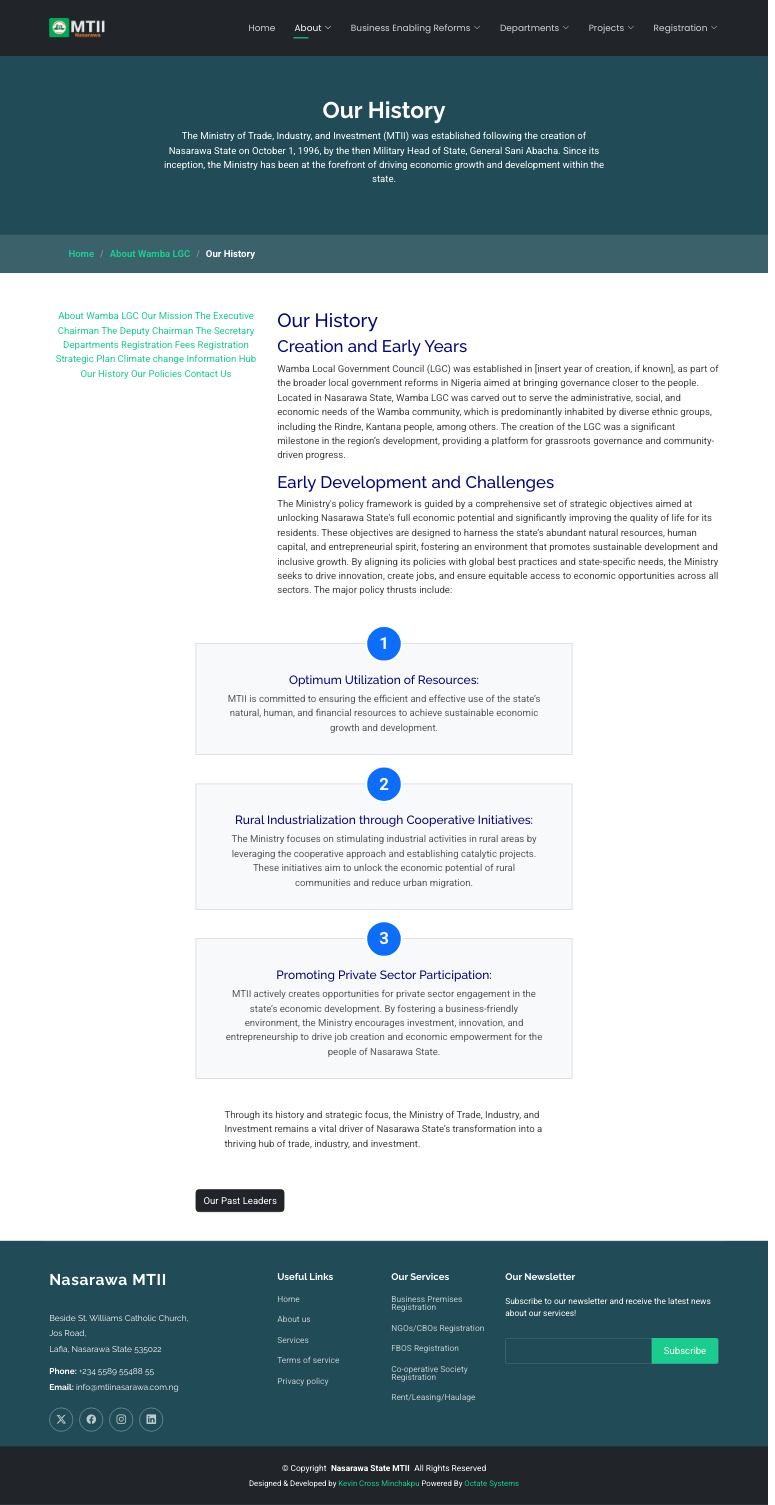
Repository: GlorifiedIntel/wamba-lgc
Page: wamba-history.html
The author's editor kept a copy of each file at every save. The page is drawn from the files as they stood at one save, then again after the next save.
The browser window is 1280 px wide. The page is 1292 px wide, so the pictures cover 1292 px, including what lies to the right of the window. The pictures show the whole page, at 60% of full size.

Above is the page before, as saved 2025-02-06 02:40:04.
Console error: TypeError: Cannot read properties of null (reading 'click')

### wamba-history.html
<!DOCTYPE html>
<html lang="en">

<head>
  <meta charset="utf-8">
  <meta http-equiv="X-UA-Compatible" content="IE=edge">
  <meta name="viewport" content="width=device-width, initial-scale=1.0">
  <meta name="format-detection" content="telephone=no">
  <meta name="apple-mobile-web-app-capable" content="yes">
  <meta name="author" content="Kevin Cross Minchakpu">
  <meta name="keywords" content="MTII, Nasarawa, Industry, Trade, Investment, Entrepreneur">
  <meta name="description" content="The Nasarawa State Ministry of Trade, Industry, and Investment promotes economic growth through trade, industrialization, and investment. It supports local industries, attracts investments, and fosters innovation to boost competitiveness and diversify the economy.">

  <!-- Favicons -->
  <link href="assets/img/favicon.png" rel="icon">
  <link href="assets/img/apple-touch-icon.png" rel="apple-touch-icon">

  <!-- Fonts -->
  <link href="https://fonts.googleapis.com" rel="preconnect">
  <link href="https://fonts.gstatic.com" rel="preconnect" crossorigin>
  <link href="https://fonts.googleapis.com/css2?family=Roboto:ital,wght@0,100;0,300;0,400;0,500;0,700;0,900;1,100;1,300;1,400;1,500;1,700;1,900&family=Poppins:ital,wght@0,100;0,200;0,300;0,400;0,500;0,600;0,700;0,800;0,900;1,100;1,200;1,300;1,400;1,500;1,600;1,700;1,800;1,900&family=Raleway:ital,wght@0,100;0,200;0,300;0,400;0,500;0,600;0,700;0,800;0,900;1,100;1,200;1,300;1,400;1,500;1,600;1,700;1,800;1,900&display=swap" rel="stylesheet">

  <!-- Vendor CSS Files -->
  <link href="assets/vendor/bootstrap/css/bootstrap.min.css" rel="stylesheet">
  <link href="assets/vendor/bootstrap-icons/bootstrap-icons.css" rel="stylesheet">
  <link href="assets/vendor/aos/aos.css" rel="stylesheet">
  <link href="assets/vendor/glightbox/css/glightbox.min.css" rel="stylesheet">
  <link href="assets/vendor/swiper/swiper-bundle.min.css" rel="stylesheet">

  <!-- Main CSS File -->
  <link href="assets/css/main.css" rel="stylesheet">
</head>

<body class="index-page">
  <header id="header" class="header d-flex align-items-center fixed-top bg-dark">
    <div class="container-fluid container-xl position-relative d-flex align-items-center justify-content-between">
      <a href="index.html" class="logo d-flex align-items-center">
        <img src="assets/img/logo.png" alt="" >
      </a>
      <nav id="navmenu" class="navmenu">
        <ul>
          <li><a href="index.html">Home</a></li>
          <li class="dropdown"><a href="about-mtii.html" class="active"><span>About</span> <i class="bi bi-chevron-down toggle-dropdown"></i></a>
            <ul>
              <li><a href="about-mtii.html">Nasarawa MTII</a></li>
                  <li><a href="mtii-history.html">MTII History</a></li>
                  <li><a href="the-commissioner.html" >The Commissioner</a></li>
                  <li><a href="the-secretary.html" >The Permanent Secretary</a></li>
                  <li><a href="directors.html" >Our Directors</a></li>
                  <li><a href="contact-us.html" >Our Contact</a></li>
            </ul>
          </li>

          <li class="dropdown"><a href="business-reforms.html"><span>Business Enabling Reforms</span> <i class="bi bi-chevron-down toggle-dropdown"></i></a>
            <ul>
              <li><a href="business-plans.html">Business Enabling Action Plan</a></li>
                  <li><a href="grievance.html">Grievance Redress Mechanism</a></li>
                  <li><a href="application-guidelines.html" >Application Guidelines</a></li>
                  <li><a href="legal-framework.html" >Legal Framework</a></li>
                  <li><a href="investment-opportunities.html" >Investment Opportunities</a></li>
            </ul>
          </li>

          <li class="dropdown"><a href="departments.html"><span>Departments</span> <i class="bi bi-chevron-down toggle-dropdown"></i></a>
            <ul>
              <li><a href="admin.html">Administration & Supply</a></li>
              <li><a href="cooperative.html">Cooperative & Thrift</a></li>
              <li><a href="finance.html">Finance & Account</a></li>
              <li><a href="investment.html">Industry & Investment</a></li>
              <li><a href="planning.html">Planning/Research/Statistics</a></li>
              <li><a href="trade.html">Trade</a></li>
            </ul>
          </li>

          <li class="dropdown"><a href="projects.html"><span>Projects</span> <i class="bi bi-chevron-down toggle-dropdown"></i></a>
            <ul>
              <li><a href="completed.html">Completed Projects</a></li>
                  <li><a href="ongoing.html">Ongoing Projects</a></li>
                  <li><a href="proposed.html" >Proposed Projects</a></li>
            </ul>
          </li>

          <li class="dropdown"><a href="registration.html"><span>Registration</span> <i class="bi bi-chevron-down toggle-dropdown"></i></a>
            <ul>
              <li><a href="howtoregister.html">How To Register</a></li>
                  <li><a href="online-registration.html">Online Registration</a></li>
                  <li><a href="businame-name.html" >Business Name Registration</a></li>
                  <li><a href="business-premises.html" >Business Premises Registration</a></li>
                  <li><a href="faqs.html" >FAQs</a></li>
            </ul>
          </li>
        </ul>
        <i class="mobile-nav-toggle d-xl-none bi bi-list"></i>
      </nav>

    </div>
  </header>

  <main class="main">

    <!-- Page Title -->
    <div class="page-title dark-background" data-aos="fade">
      <div class="heading">
        <div class="container">
          <div class="row d-flex justify-content-center text-center">
            <div class="col-lg-8">
              <h1>Our History</h1>
              <p class="mb-0">The Ministry of Trade, Industry, and Investment (MTII) was established following the creation of Nasarawa State on October 1, 1996, by the then Military Head of State, General Sani Abacha. Since its inception, the Ministry has been at the forefront of driving economic growth and development within the state.</p>
            </div>
          </div>
        </div>
      </div>
      <nav class="breadcrumbs">
        <div class="container">
          <ol>
            <li><a href="index.html">Home</a></li>
            <li><a href="about-mtii.html">About Wamba LGC</a></li>
            <li class="current">Our History</li>
          </ol>
        </div>
      </nav>
    </div><!-- End Page Title -->
    <section id="starter-section" class="starter-section section">
      <div class="container text-center">
        <div class="row justify-content-start">
          <div class="col-md-4 left-column">
            <div class="mtii-vertical-menu">
              <a href="about-mtii.html" class="active">About Wamba LGC</a>
              <a href="about-mtii.html">Our Mission</a>
              <a href="the-commissioner.html">The Executive Chairman</a>
              <a href="the-deputy.html">The Deputy Chairman</a>
              <a href="the-secretary.html">The Secretary</a>
              <a href="departments.html">Departments</a>
              <a href="registration-fee.html">Registration Fees</a>
              <a href="online-registration.html">Registration</a>
              <a href="strategic-plans.html">Strategic Plan</a>
              <a href="climate-change.html">Climate change Information Hub</a>
              <a href="our-history.html">Our History</a>
              <a href="our-policies.html">Our Policies</a>
              <a href="contact-us.html">Contact Us</a>
            </div>
          </div>
          <div class="col-md-8 right-column text-start">
            <h2>Our History</h2>
            <h3>Creation and Early Years</h3>
            <p>Wamba Local Government Council (LGC) was established in [insert year of creation, if known], as part of the broader local government reforms in Nigeria aimed at bringing governance closer to the people. Located in Nasarawa State, Wamba LGC was carved out to serve the administrative, social, and economic needs of the Wamba community, which is predominantly inhabited by diverse ethnic groups, including the Rindre, Kantana people, among others. The creation of the LGC was a significant milestone in the region’s development, providing a platform for grassroots governance and community-driven progress.            </p>
          <h3>Early Development and Challenges</h3>
          <p>The Ministry's policy framework is guided by a comprehensive set of strategic objectives aimed at unlocking Nasarawa State's full economic potential and significantly improving the quality of life for its residents. These objectives are designed to harness the state’s abundant natural resources, human capital, and entrepreneurial spirit, fostering an environment that promotes sustainable development and inclusive growth. By aligning its policies with global best practices and state-specific needs, the Ministry seeks to drive innovation, create jobs, and ensure equitable access to economic opportunities across all sectors. The major policy thrusts include:</p>
          </div>
        </div>
    </section><!-- /Starter Section Section -->
    <div class="row justify-content-center">
			<div class="col-md-6">
				<!-- Step -->
				<div class="card rounded-0 text-center p-3 bg-light px-5 mb-5">
					<div class="d-flex rounded-circle mx-auto align-items-center justify-content-center text-white fs-3 fw-bold bg-primary border border-white border-4" style="width: 4rem; height:4rem; margin-top: -3rem;">
						1
					</div>
					<h5 class="mt-3">Optimum Utilization of Resources:</h5>
					<p class="text-muted">MTII is committed to ensuring the efficient and effective use of the state’s natural, human, and financial resources to achieve sustainable economic growth and development.</p>
				</div>
				<!-- Step -->
				<div class="card rounded-0 text-center p-3 bg-light px-5 mb-5">
					<div class="d-flex rounded-circle mx-auto align-items-center justify-content-center text-white fs-3 fw-bold bg-primary border border-white border-4" style="width: 4rem; height:4rem; margin-top: -3rem;">
						2
					</div>
					<h5 class="mt-3">Rural Industrialization through Cooperative Initiatives:</h5>
					<p class="text-muted">The Ministry focuses on stimulating industrial activities in rural areas by leveraging the cooperative approach and establishing catalytic projects. These initiatives aim to unlock the economic potential of rural communities and reduce urban migration.</p>
				</div>
				<!-- Step -->
				<div class="card rounded-0 text-center p-3 bg-light px-5 mb-5">
					<div class="d-flex rounded-circle mx-auto align-items-center justify-content-center text-white fs-3 fw-bold bg-primary border border-white border-4" style="width: 4rem; height:4rem; margin-top: -3rem;">
						3
					</div>
					<h5 class="mt-3">Promoting Private Sector Participation:</h5>
					<p class="text-muted">MTII actively creates opportunities for private sector engagement in the state’s economic development. By fostering a business-friendly environment, the Ministry encourages investment, innovation, and entrepreneurship to drive job creation and economic empowerment for the people of Nasarawa State.</p>
				</div>
        <p class="mx-5">Through its history and strategic focus, the Ministry of Trade, Industry, and Investment remains a vital driver of Nasarawa State’s transformation into a thriving hub of trade, industry, and investment.</p>
        <a class="btn btn-dark my-5 align-items-center" href="#" role="button">Our Past Leaders</a>
      </div>
      <div >
     </div>
		</div>
	</div>
    </main>
  <!--Main End-->

<!--Footer Start-->
<footer id="footer" class="footer dark-background">

  <div class="container footer-top">
    <div class="row gy-4">
      <div class="col-lg-4 col-md-6 footer-about">
        <a href="index.html" class="logo d-flex align-items-center">
          <span class="sitename">Nasarawa MTII</span>
        </a>
        <div class="footer-contact pt-3">
          <p>Beside St. Williams Catholic Church,</p>
          <p>Jos Road,</p>
          <p>Lafia, Nasarawa State 535022</p>
          <p class="mt-3"><strong>Phone:</strong> <span>+234 5589 55488 55</span></p>
          <p><strong>Email:</strong> <span>info@mtiinasarawa.com.ng</span></p>
        </div>
        <div class="social-links d-flex mt-4">
          <a href=""><i class="bi bi-twitter-x"></i></a>
          <a href=""><i class="bi bi-facebook"></i></a>
          <a href=""><i class="bi bi-instagram"></i></a>
          <a href=""><i class="bi bi-linkedin"></i></a>
        </div>
      </div>

      <div class="col-lg-2 col-md-3 footer-links">
        <h4>Useful Links</h4>
        <ul>
          <li><a href="index.html">Home</a></li>
          <li><a href="about-mtii.html">About us</a></li>
          <li><a href="services.html">Services</a></li>
          <li><a href="terms-of-use.html">Terms of service</a></li>
          <li><a href="privacy-policy.html">Privacy policy</a></li>
        </ul>
      </div>

      <div class="col-lg-2 col-md-3 footer-links">
        <h4>Our Services</h4>
        <ul>
          <li><a href="business-premises.html">Business Premises Registration</a></li>
          <li><a href="ngo-cbo-registration.html">NGOs/CBOs Registration</a></li>
          <li><a href="fbo-registration.html">FBOS Registration</a></li>
          <li><a href="cooperative-registration.html">Co-operative Society Registration</a></li>
          <li><a href="rent.html">Rent/Leasing/Haulage</a></li>
        </ul>
      </div>

      <div class="col-lg-4 col-md-12 footer-newsletter">
        <h4>Our Newsletter</h4>
        <p>Subscribe to our newsletter and receive the latest news about our services!</p>
        <form action="forms/newsletter.php" method="post" class="php-email-form">
          <div class="newsletter-form"><input type="email" name="email"><input type="submit" value="Subscribe"></div>
          <div class="loading">Loading</div>
          <div class="error-message"></div>
          <div class="sent-message">Your subscription request has been sent. Thank you!</div>
        </form>
      </div>

    </div>
  </div>

  <div class="container-fluid copyright text-center mt-4 bg-dark">
    <p>© <span>Copyright</span> <strong class="px-1 sitename">Nasarawa State MTII</strong> <span>All Rights Reserved</span></p>
    <div class="credits">
      Designed & Developed by <a href="https://kevinomics.com/">Kevin Cross Minchakpu</a> Powered By <a href="https://octatesystems.com">Octate Systems</a>
    </div>
  </div>

</footer>

<!-- Scroll Top -->

<button id="scroll-top" class="scroll-top d-flex bg-dark align-items-center justify-content-center"><i class="bi bi-arrow-up-short"></i></button>
<!-- Preloader -->
<div id="preloader"></div>

<!-- Vendor JS Files -->
<script src="assets/vendor/bootstrap/js/bootstrap.bundle.min.js"></script>
<script src="assets/vendor/php-email-form/validate.js"></script>
<script src="assets/vendor/aos/aos.js"></script>
<script src="assets/vendor/glightbox/js/glightbox.min.js"></script>
<script src="assets/vendor/purecounter/purecounter_vanilla.js"></script>
<script src="assets/vendor/swiper/swiper-bundle.min.js"></script>

<!-- Main JS File -->
<script src="assets/js/main.js"></script>
<script src="assets/js/reforms.js"></script>

</body>

</html>

Loaded but not shown: assets/vendor/bootstrap/css/bootstrap.min.css (library); assets/vendor/bootstrap-icons/bootstrap-icons.css (library); assets/vendor/aos/aos.css (library); assets/vendor/glightbox/css/glightbox.min.css (library); assets/vendor/swiper/swiper-bundle.min.css (library); assets/vendor/bootstrap/js/bootstrap.bundle.min.js (library); assets/vendor/php-email-form/validate.js (common file); assets/vendor/aos/aos.js (library); assets/vendor/glightbox/js/glightbox.min.js (library); assets/vendor/purecounter/purecounter_vanilla.js (library); assets/vendor/swiper/swiper-bundle.min.js (library); assets/js/main.js (181 lines, source omitted); assets/js/reforms.js (43 lines, source omitted); assets/css/main.css (1741 lines, source omitted)

After the next save:
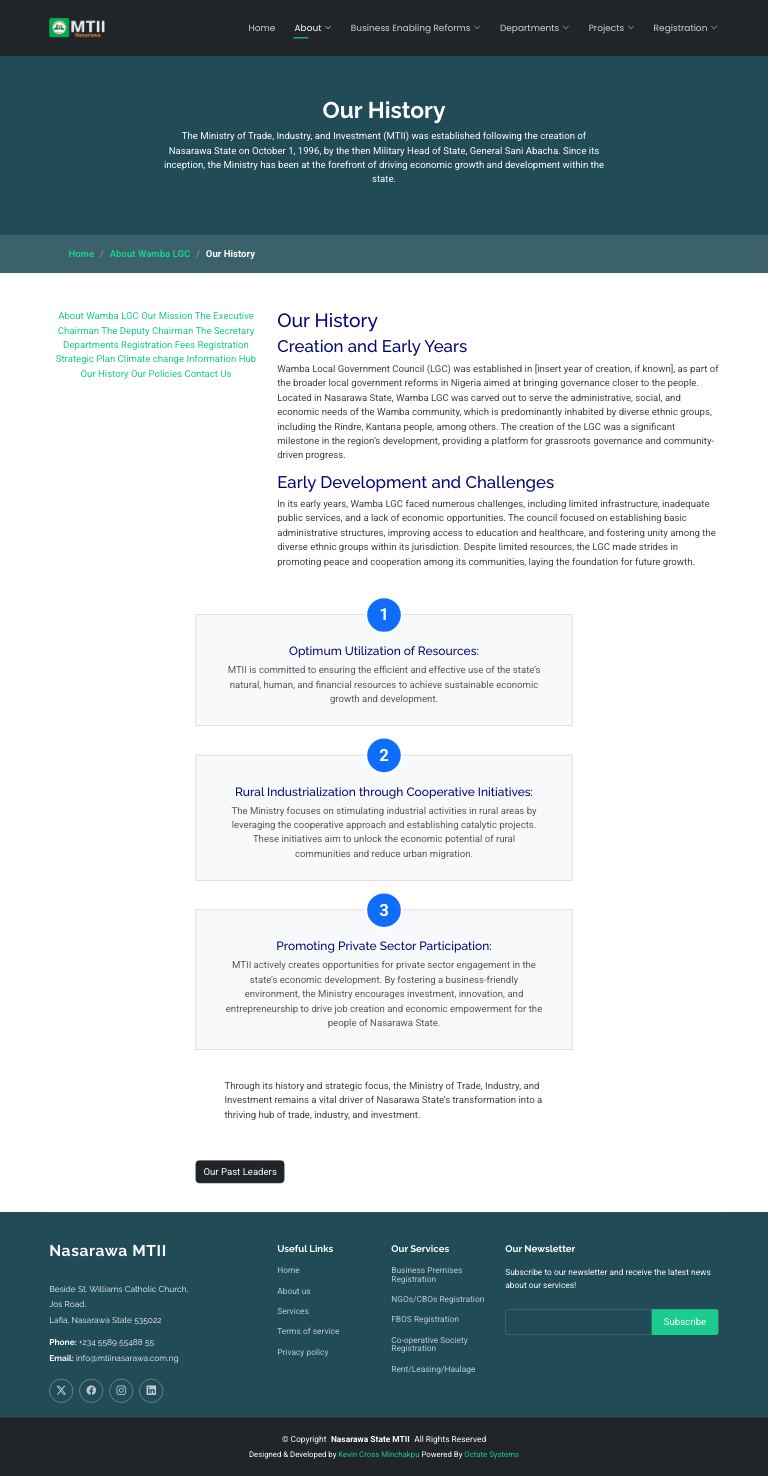
Saved 48 s later.
--- a/wamba-history.html
+++ b/wamba-history.html
@@ -145,7 +145,8 @@
             <h3>Creation and Early Years</h3>
             <p>Wamba Local Government Council (LGC) was established in [insert year of creation, if known], as part of the broader local government reforms in Nigeria aimed at bringing governance closer to the people. Located in Nasarawa State, Wamba LGC was carved out to serve the administrative, social, and economic needs of the Wamba community, which is predominantly inhabited by diverse ethnic groups, including the Rindre, Kantana people, among others. The creation of the LGC was a significant milestone in the region’s development, providing a platform for grassroots governance and community-driven progress.            </p>
           <h3>Early Development and Challenges</h3>
-          <p>The Ministry's policy framework is guided by a comprehensive set of strategic objectives aimed at unlocking Nasarawa State's full economic potential and significantly improving the quality of life for its residents. These objectives are designed to harness the state’s abundant natural resources, human capital, and entrepreneurial spirit, fostering an environment that promotes sustainable development and inclusive growth. By aligning its policies with global best practices and state-specific needs, the Ministry seeks to drive innovation, create jobs, and ensure equitable access to economic opportunities across all sectors. The major policy thrusts include:</p>
+          <p>In its early years, Wamba LGC faced numerous challenges, including limited infrastructure, inadequate public services, and a lack of economic opportunities. The council focused on establishing basic administrative structures, improving access to education and healthcare, and fostering unity among the diverse ethnic groups within its jurisdiction. Despite limited resources, the LGC made strides in promoting peace and cooperation among its communities, laying the foundation for future growth.
+          </p>
           </div>
         </div>
     </section><!-- /Starter Section Section -->
